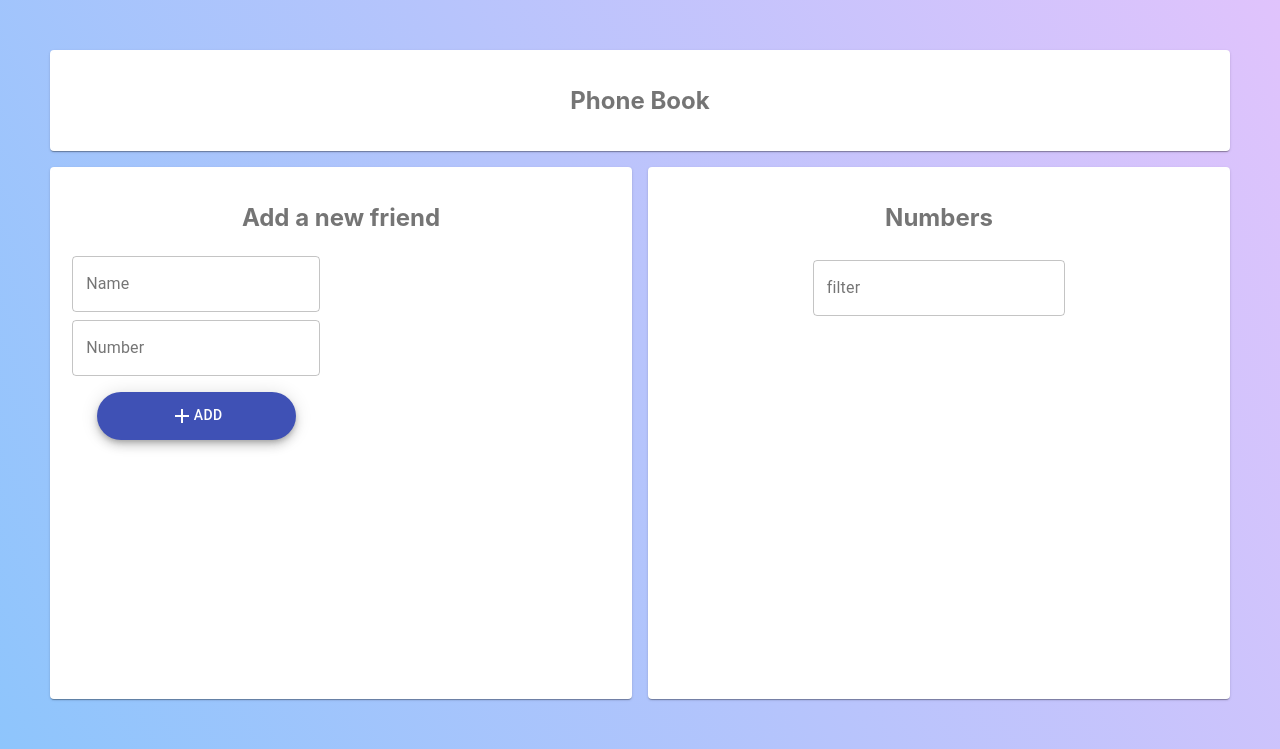
Repository: StacyLafume/phone-book
Page: / (app in phone-book/)
These files come from the project's save history. The page is drawn as it stood at one moment and after the next save; the edit follows.
The browser window is 1280 px wide. The pictures show the whole page.
The page's requests for data from a server got no answer. An inner scrolling area shows only its first screen. The project was rebuilt for these pictures with package versions that can differ from the ones it lists, and the page was loaded fresh each time. No one was signed in, and anything a server would have sent is missing. Also part of the build but not shown: phone-book/src/PhoneBook.js.

Above is the page before, as saved 2021-04-02 02:18:43.

### phone-book/src/index.css
body {
  margin: 0;
  font-family: -apple-system, BlinkMacSystemFont, 'Segoe UI', 'Roboto', 'Oxygen',
    'Ubuntu', 'Cantarell', 'Fira Sans', 'Droid Sans', 'Helvetica Neue',
    sans-serif;
  -webkit-font-smoothing: antialiased;
  -moz-osx-font-smoothing: grayscale;
  background-color: #8EC5FC;
background-image: linear-gradient(62deg, #8EC5FC 0%, #E0C3FC 100%);

}

code {
  font-family: source-code-pro, Menlo, Monaco, Consolas, 'Courier New',
    monospace;
}

### phone-book/src/App.js
import React, { useState, useEffect } from "react";
// importing a modual personsService
import personsService from "./Service/person";
import Filter from "./Filter";
import Notification from "./Notification";
import PersonForm from "./PersonForm";
import PhoneBook from "./PhoneBook";
import { makeStyles } from '@material-ui/core/styles';
import Paper from '@material-ui/core/Paper';
import Grid from '@material-ui/core/Grid';
import Box from '@material-ui/core/Box';
import List from '@material-ui/core/List';


const App = () => {
  const [persons, setPersons] = useState([]);
  const [newName, setNewName] = useState("");
  const [newNumber, setNewNumber] = useState("");
  const [showFilter, setshowFilter] = useState("");
  const [notification, setNotification] = useState(null);
  const [success, setSuccess] = useState(null);

  const useStyles = makeStyles((theme) => ({
    root: {
      flexGrow: 1,
      margin: 50,

    },
    paper: {
      padding: theme.spacing(2),
      justifyItems: 'center',
      color: theme.palette.text.secondary,
      overflow: 'auto',
      height: 500,

    },
    header1: {
      padding: theme.spacing(2),
      justifyItems: 'center',
      color: theme.palette.text.secondary,
      overflow: 'auto',
      textAlign: 'center'
    },
    addFriend:{
      padding: theme.spacing(2),
      justifyItems: 'center',
      color: theme.palette.text.secondary,
      overflow: 'auto',
      textAlign: 'center',
      height: 500,

    }
  }));

  // show data on the screen
  useEffect(() => {
    personsService
      .getAll()
      .then(response => {
        setPersons(response);
      })
      .catch(error => showMessage("Could not retrieve data", false));
  }, []);

  const addNewName = e => {
    e.preventDefault();
    const personObject = {
      name: newName,
      number: newNumber
    };

    //console.log('persons.some(e => e.name === newName)',persons.some(e => e.name === newName))

    // if name is already in phone book return true and alert user
    if (persons.some(e => e.name === newName)) {

      // first name equal to that name
      let personId = persons.find(item => item.name === newName);

      // assigning whats in person obj to person id to update the entry
      let updatedEntry = Object.assign(personId, personObject);

      // alert the user  to update name  and / or  number
      if (
        window.confirm(
          `Do you want to update ${newName} with number ${newNumber}?`
        )
      ) {
        // based on the condition it will make put request to update
        personsService
          .update(personId.id, personObject)
          .then(() => {
            setPersons(
              // map through persons check if name is equal to new name
              //and either return updatedEntry or item
              persons.map(item => (item.name === newName ? updatedEntry : item))
            );
            // reset inputs
            setNewName("");
            setNewNumber("");
            // alert user of the changes
            showMessage(` ${newName} phone number updated`);
          })
          .catch(error => {
            showMessage(
              `Update failed. ${newName} has already been removed from the phone book.`,
              false
            );
            setPersons(persons.filter(n => n.name !== newName));
          });
      }
    } else {
      // if number is already in phone book return true and alert user
      if (persons.some(e => e.number === newNumber)) {
        showMessage(`# ${newNumber} is already in the phone book.`, false);
      } else {
        // check if inputs are empty and set show message
        if (newName === "" || newNumber === "") {
          showMessage(`The name and number must not be empty`, false);
        } else {
          // add personObject to the data base
          personsService
            .create(personObject)
            .then(returnedPerson => {
              setPersons(persons.concat(returnedPerson));
              // reset inputs
              setNewName("");
              setNewNumber("");
              // alert user
              showMessage(`User ${newName} has been added to the phone book`);
            })
            .catch(error => {
              console.log(error.response.data.error)
              return showMessage(
                `Failed to add number. More about error: ${error.response.data.error
                }`,
                false
              );
            });
          // make a get requests of updated data
          personsService
            .getAll()
            .then(response => {
              setPersons(response);
            })
            .catch(error => showMessage("Could not retrieve data", false));
        }
      }
    }
  };

  const removeEntry = person => {
    // if user clicks yes to remove
    if (window.confirm(`Remove ${person.name}?`)) {
      // call delete request with id that needs to be deleted
      personsService
        .remove(person.id)
        .then(() => {
          // setPerson to filtered array of every preson but the deleted person
          setPersons(persons.filter(item => item.id !== person.id));
          showMessage(`${person.name} has been removed from the phone book`);
        })
        .catch(error => {
          showMessage(
            `Removal failed. User ${person.name
            } has already been removed from the phone book.`,
            false
          );
          // make a get requests of updated data
          personsService
            .getAll()
            .then(response => {
              setPersons(response);
            })
            .catch(error => showMessage("Could not retrieve data", false));
        });
    }
  };

  // tracking values in the name input
  const handleNameChange = e => {
    // console.log(e.target.value);
    setNewName(e.target.value);
  };

  // tracking values in the number input
  const handleNumberChange = e => {
    setNewNumber(e.target.value);
  };

  const showMessage = (message, successNotification = true) => {
    // sets notication based on the true or false given by the condiyion it was called in
    setNotification(message);
    // boolean value if the rquest was successful or not
    setSuccess(successNotification);

    // the notification will stay on browser for 3 sec
    setTimeout(() => {
      setNotification(null);
      setSuccess(null);
    }, 3000);
  };

  const classes = useStyles();
  return (
    <Box className={classes.root}>
      <Grid container spacing={2}>
      <Grid item xs={12}>
      <Paper className={classes.header1}>
        <h2>Phone Book</h2>
        </Paper>
        </Grid>
        <Grid item xs={6} >
          <Paper className={classes.addFriend}>


            <h2>Add a new friend</h2>
            <PersonForm
              addNewName={addNewName}
              newName={newName}
              handleNameChange={handleNameChange}
              handleNumberChange={handleNumberChange}
            />
          </Paper>
        </Grid>
        <Grid item xs={6}>
          <Paper className={classes.paper}>
            <h2>Numbers</h2>
            <Notification notification={notification} success={success} />
            <Filter showFilter={showFilter} setshowFilter={setshowFilter} />
            <List>
              <PhoneBook
                persons={persons}
                showFilter={showFilter}
                removeEntry={removeEntry}
              />
            </List>
          </Paper>
        </Grid>
      </Grid>
    </Box>
  );
};

export default App;

### phone-book/src/Service/person.js
import axios from "axios";

//const baseUrl = "http://localhost:3003/persons";
const baseUrl = 'api/persons';

// get rquest for all of json datas
const getAll = () => {
  const request = axios.get(baseUrl);
  return request.then(response => response.data);
};

// post request to add new entry
const create = newObject => {
  const request = axios.post(baseUrl, newObject);
  return request.then(response => response.data)
};

// put request to update json db
const update = (id, newObject) => {
  const request = axios.put(`${baseUrl}/${id}`, newObject);
  return request.then(response => response.data);
};

// delete request to delete from json data base
const remove = id => {
  const request = axios.delete(`${baseUrl}/${id}`);
  return request.then(response => response.data);
};


// exporting all of the functions
export default {
  getAll: getAll,
  create: create,
  update: update,
  remove: remove
};

### phone-book/src/Filter.js
import React from "react";
import { makeStyles } from '@material-ui/core/styles';
import TextField from '@material-ui/core/TextField';

const Filter = ({ showFilter, setshowFilter }) => {
  const useStyles = makeStyles((theme) => ({
    root: {
      '& > *': {
        margin: theme.spacing(1),
        width: '25ch',
      },
    },
  }));
  const classes = useStyles();
  const filterPersons = e => {
    setshowFilter(e.target.value);
  };

  return (
    <div className={classes.root}>
      <TextField id="outlined-basic" value={showFilter} label="filter" variant="outlined"onChange={filterPersons} />
    </div>
  );
};

export default Filter;

### phone-book/src/Notification.js
import React from "react";


const Notification = ({ notification, success }) => {
  // console.log(notification);
  // console.log(success);

  // if there is no notification return null
  if (notification === null) {
    return null;
  }

  // if success renders the paticular (inLine) style
  if (success)
    return (
      <div className="success" style={styles.success}>
        {notification}
      </div>
    );
  else
    return (
      <div className="success" style={styles.fail}>
        {notification}
      </div>
    );
};

var styles = {
  success: {
    color: "green",
    background: "white",
    fontSize: 20,
    borderStyle: "solid",
    borderRadius: 5,
    padding: 10,
    marginBottom: 10
  },
  fail: {
    color: "red",
    background: "white",
    fontSize: 20,
    borderStyle: "solid",
    borderRadius: 5,
    padding: 10,
    marginBottom: 10
  }
};

export default Notification;

### phone-book/src/PersonForm.js
import React from "react";
import { makeStyles } from '@material-ui/core/styles';
import TextField from '@material-ui/core/TextField';
import Grid from '@material-ui/core/Grid';
import Fab from '@material-ui/core/Fab';
import AddIcon from '@material-ui/icons/Add';



const PersonForm = ({
  newName,
  newNumber,
  addNewName,
  handleNameChange,
  handleNumberChange
}) => {
  const useStyles = makeStyles((theme) => ({
    root: {
      '& > *': {
        margin: theme.spacing(1),
        width: '25ch',
      },
    },
    press: {
      margin: {
        margin: theme.spacing(1),
      },
      extendedIcon: {
        marginRight: theme.spacing(1),
      },
    }
  }));
  const classes = useStyles();
  return (
    <Grid container spacing={1}>
      <form onSubmit={addNewName} className={classes.root} noValidate autoComplete="off">

        {/* calls the function tracking values in the name input */}
        {/* name: <input value={newName} onChange={handleNameChange} /> */}
        <Grid item xs={12}>
        <TextField id="outlined-basic" label="Name" value={newName} onChange={handleNameChange} variant="outlined" />
        </Grid>
        <Grid item  xs={12}>
        {/* calls the function tracking values in the number input */}
        <TextField id="outlined-basic" value={newNumber} onChange={handleNumberChange} label="Number" variant="outlined" />
        </Grid>
        {/* calls the create request to add name and number */}
        <Fab variant="extended" color="primary" aria-label="add" className={classes.margin} type="submit">
          <AddIcon className={classes.extendedIcon} />
         Add
        </Fab>
      </form>
      </Grid>

  );
};


export default PersonForm;

Loaded but not shown: phone-book/public/index.html (common file); phone-book/src/index.js (common file)

After the next save:
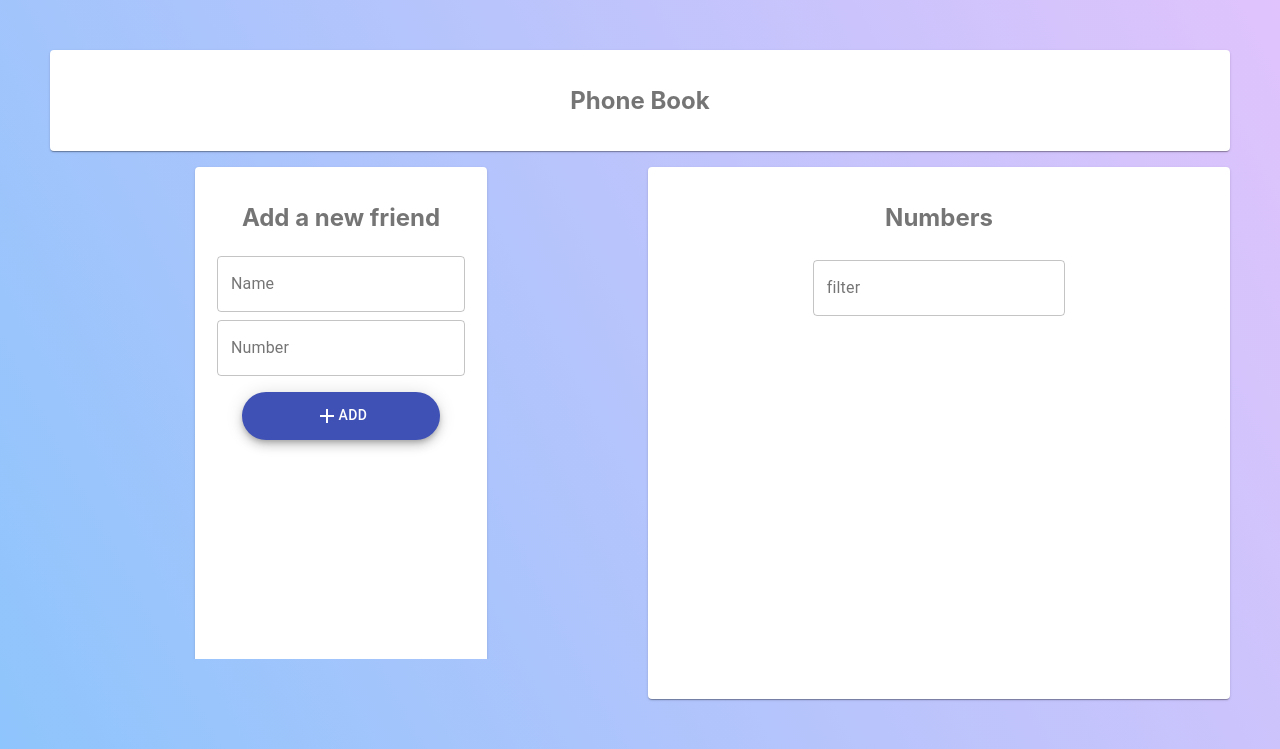
Saved 60 s later.
--- a/phone-book/src/App.js
+++ b/phone-book/src/App.js
@@ -210,7 +210,7 @@
         <h2>Phone Book</h2>
         </Paper>
         </Grid>
-        <Grid item xs={6} >
+        <Grid item xs={6} className={classes.addFriend}>
           <Paper className={classes.addFriend}>
 
 

After the 2 saves that followed:
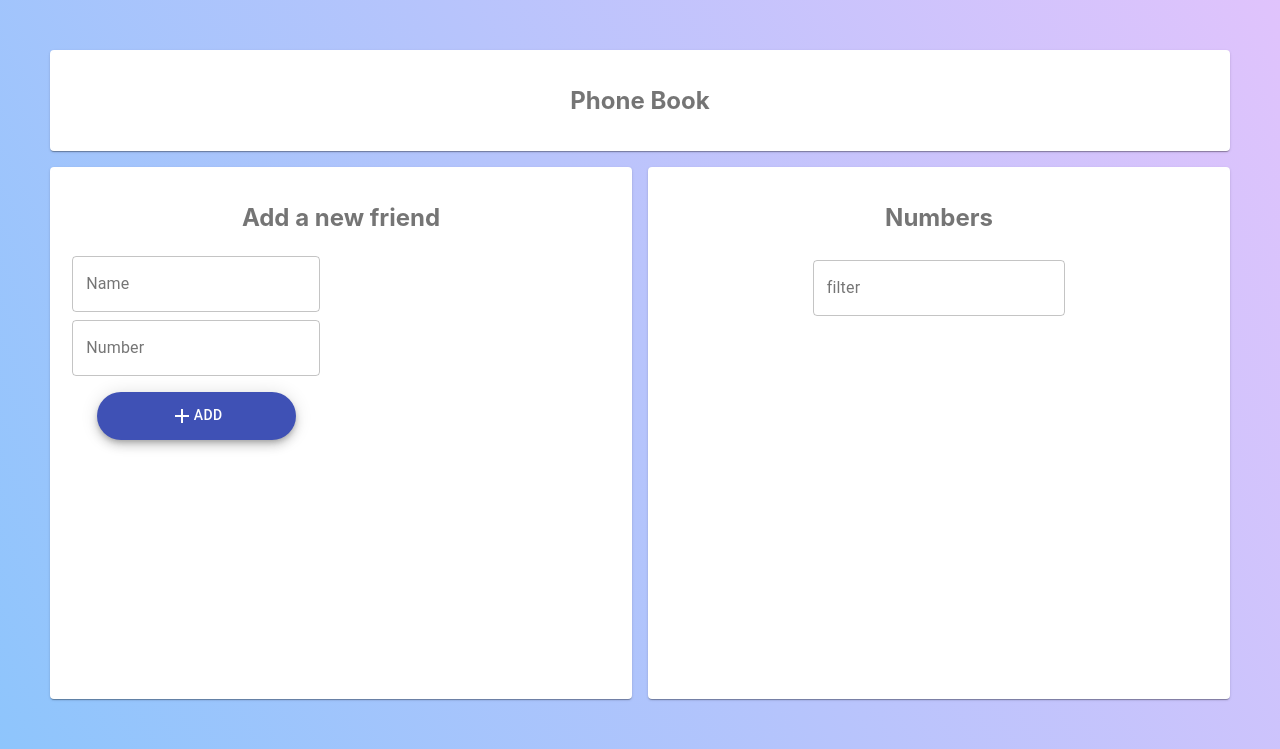
The 2 saves are shown as one change because 1 left the picture as it was.
The last was saved 85 s later.
--- a/phone-book/src/App.js
+++ b/phone-book/src/App.js
@@ -48,6 +48,7 @@
       overflow: 'auto',
       textAlign: 'center',
       height: 500,
+      justifyContent: 'center'
 
     }
   }));
@@ -210,7 +211,7 @@
         <h2>Phone Book</h2>
         </Paper>
         </Grid>
-        <Grid item xs={6} className={classes.addFriend}>
+        <Grid item xs={6} >
           <Paper className={classes.addFriend}>
 
 
